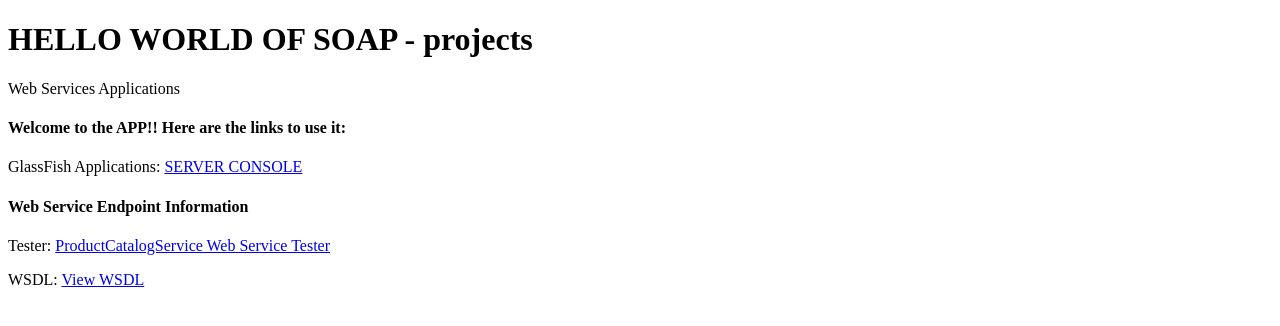
Repository: atafs/BackEnd_JAX-JAX-WS_SOAP
Page: http://localhost/Project_003_SOAP_server_ServiceAndContractFirst/
An editor plug-in stored every save of this project. The page is shown before and after the next save, followed by the edit.
The browser window is 1280 px wide. The pictures show the whole page.
The page is served by Tomcat 9.

Above is the page before, as saved 2016-01-26 11:42:47.

After the next save:
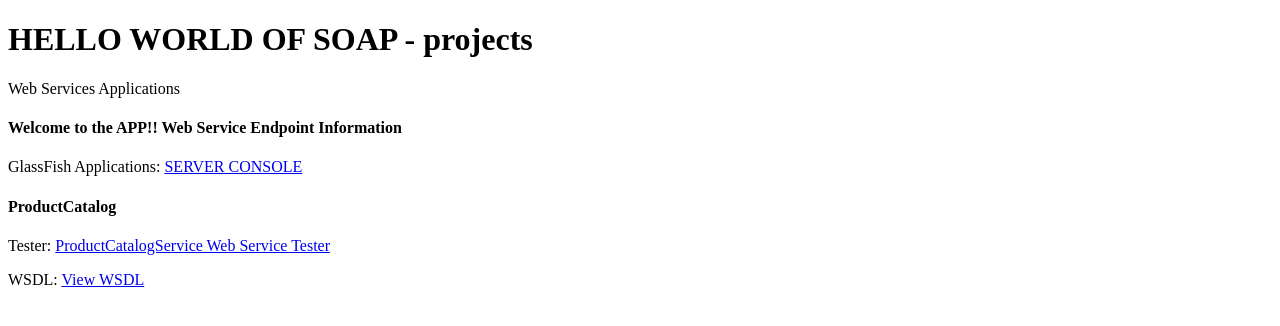
Saved 78 s later.
--- a/Project_003_SOAP_server_ServiceAndContractFirst/WebContent/index.jsp
+++ b/Project_003_SOAP_server_ServiceAndContractFirst/WebContent/index.jsp
@@ -15,10 +15,10 @@
 	<p>Web Services Applications</p>
 
 	<!-- LINKS -->
-	<h4>Welcome to the APP!! Here are the links to use it: </h4>
+	<h4>Welcome to the APP!! Web Service Endpoint Information </h4>
 	<p>GlassFish Applications: <a href="http://localhost:4848/common/index.jsf">SERVER CONSOLE</a></p>
 
-	<h4>Web Service Endpoint Information</h4>
+	<h4>ProductCatalog</h4>
 	<p>Tester: <a href="http://atafs:9090/Project_003_SOAP_server_ServiceAndContractFirst/ProductCatalogService?Tester">ProductCatalogService Web Service Tester</a></p>
 	<p>WSDL: <a href="http://atafs:9090/Project_003_SOAP_server_ServiceAndContractFirst/ProductCatalogService?wsdl">View WSDL</a></p>
 </body>
